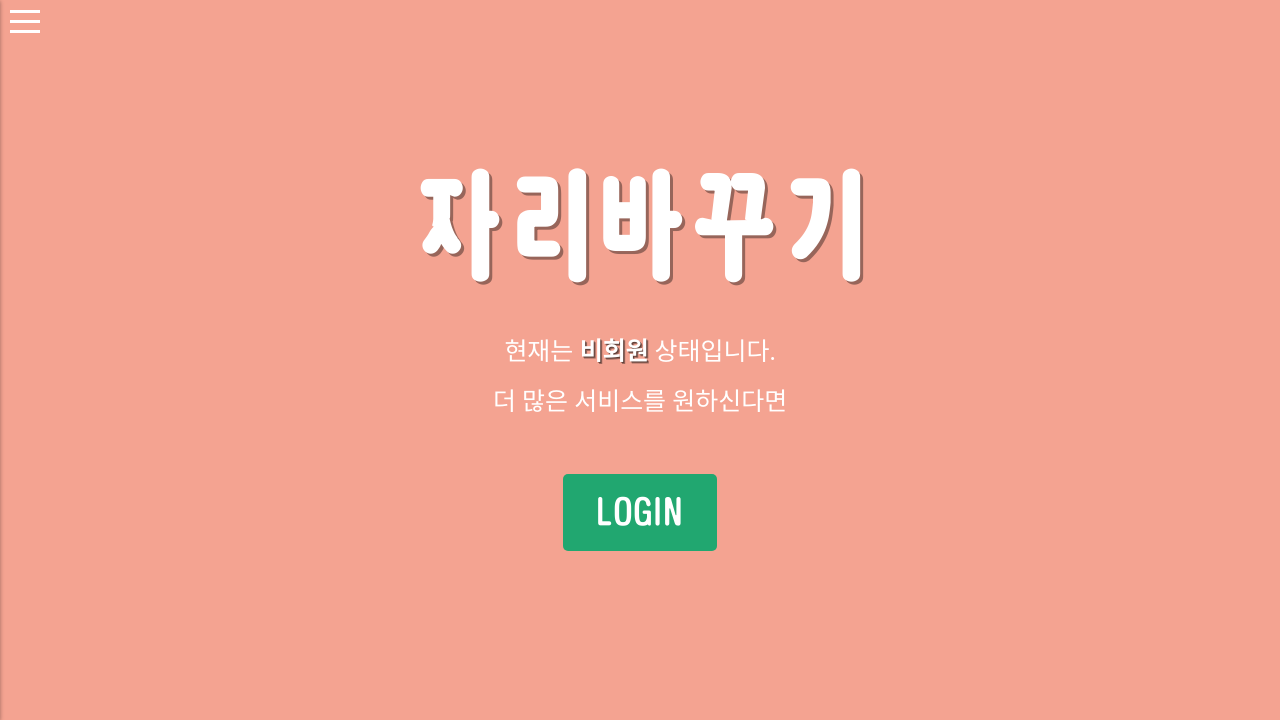
Repository: se-yoo/ChangeSeat
Page: http://localhost/ChangeSeat/main.jsp
These files come from the project's save history. The page is drawn as it stood at one moment and after the next save; the edit follows.
The browser window is 1280 px wide. The pictures show the whole page.
Some web fonts or font styles are not loaded; a fallback is used. Some web libraries are served in a nearby version. The page is served by Tomcat 9.

Above is the page before, as saved 2018-06-25 09:42:42.

After the next save:
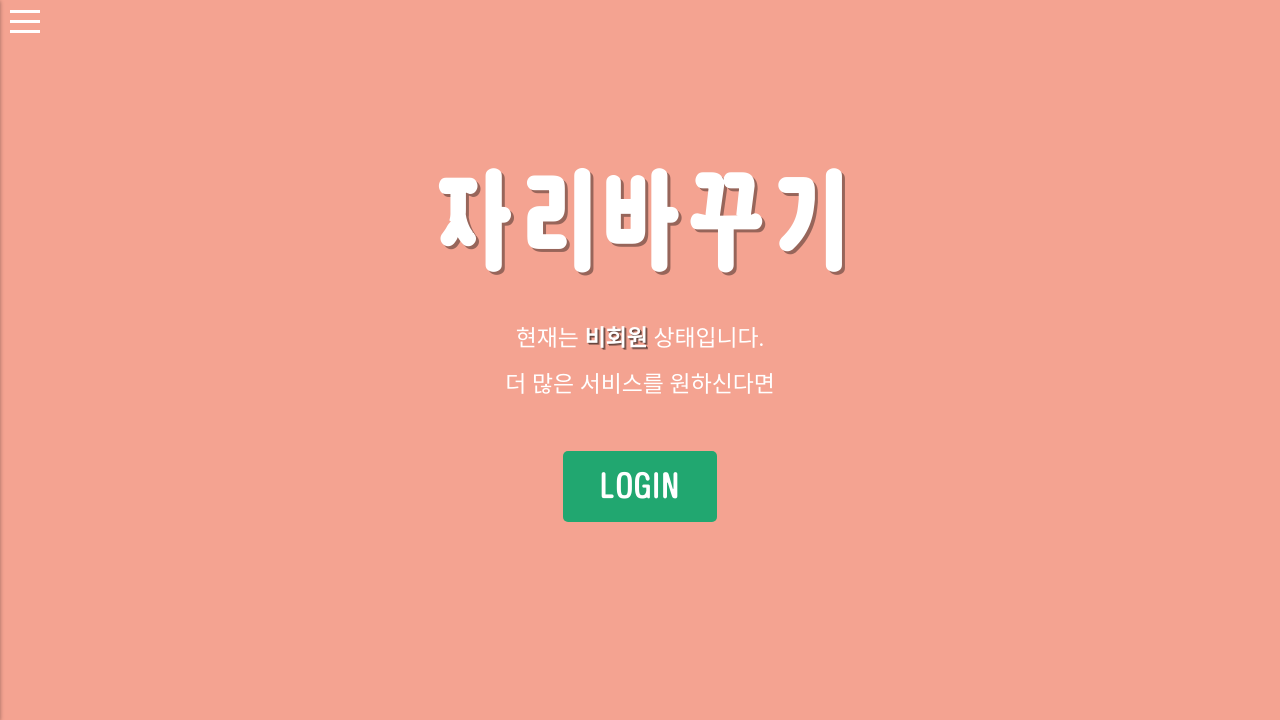
Saved 30 s later.
--- a/ChangeSeat/WebContent/changeIndexStyle.css
+++ b/ChangeSeat/WebContent/changeIndexStyle.css
@@ -9,7 +9,7 @@
 }
 body{
 	text-align:center;
-	font-size:1.2em;
+	font-size:1.1em;
 }
 #logout{
 	font-family:Nanum;
